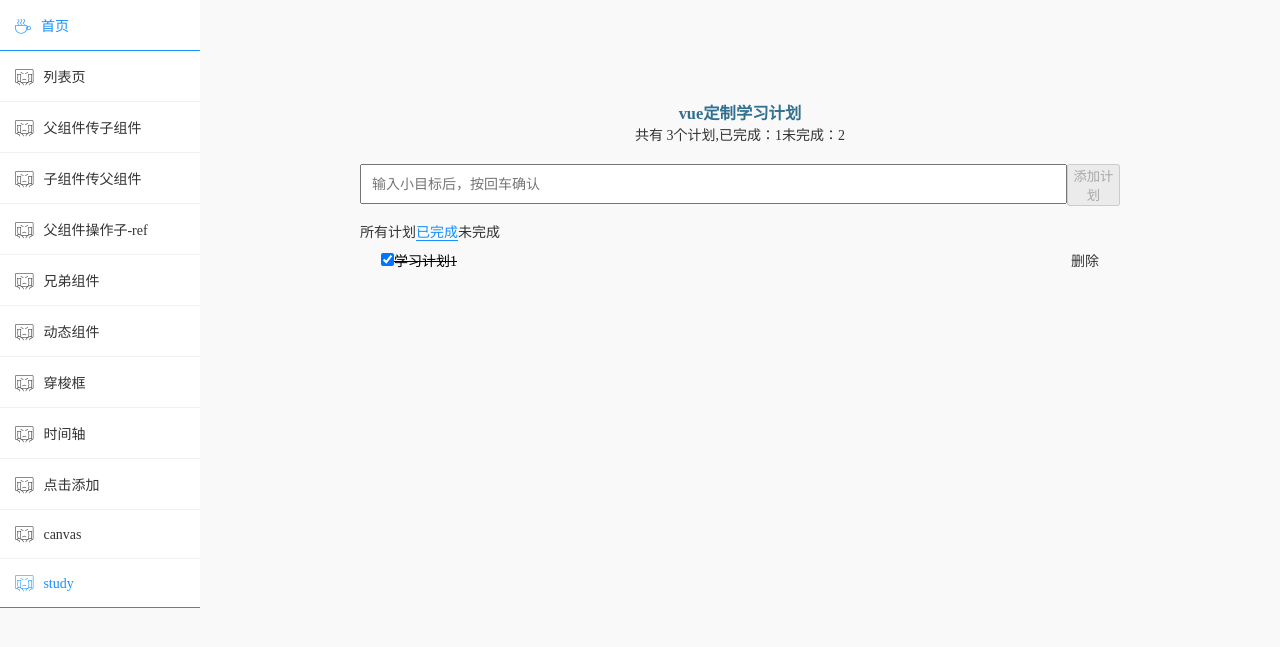
Repository: Serendipity-Zhang/vue-cli4
Page: /study
These files come from the project's save history. The page is drawn as it stood at one moment and after the next save; the edit follows.
The browser window is 1280 px wide. The pictures show the whole page.
The project was rebuilt for these pictures with package versions that can differ from the ones it lists, and the page was loaded fresh each time. Also part of the build but not shown: vue.config.js, src/views/Nav.vue, src/router/routes.js, src/layout/components/Nav.vue.

Above is the page before, as saved 2020-05-24 15:01:38.

After the next save:
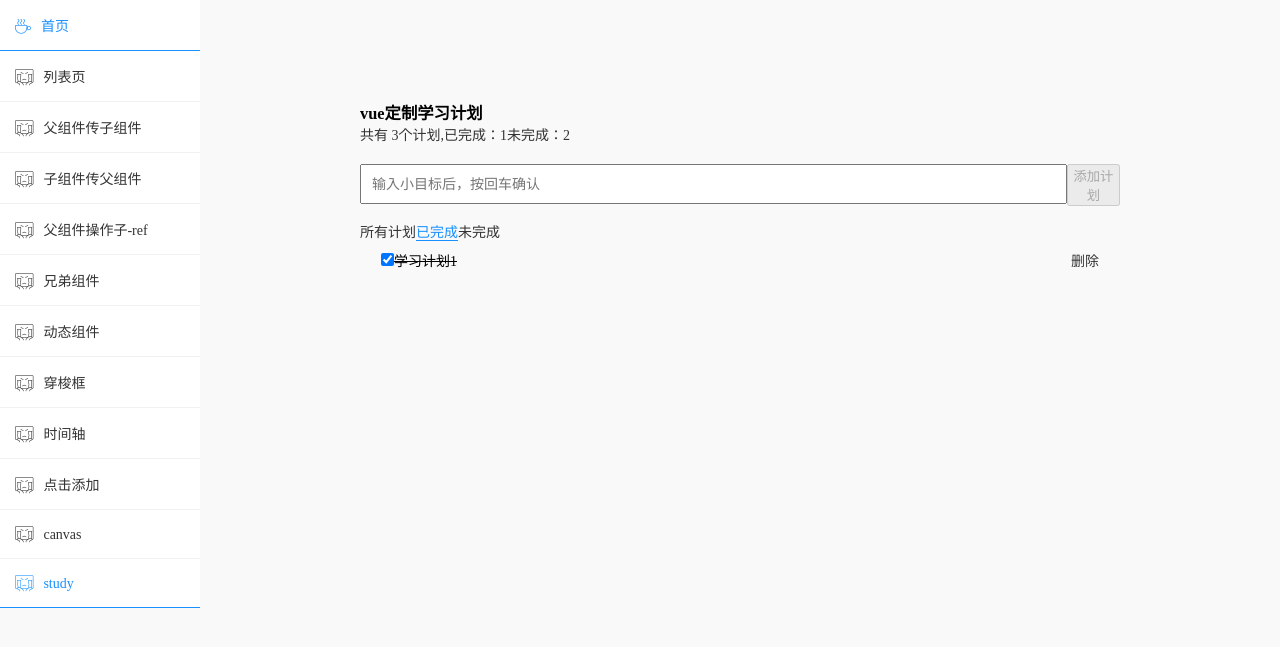
Saved 26 s later.
--- a/src/views/study/index.vue
+++ b/src/views/study/index.vue
@@ -3,7 +3,7 @@
   <div class="main">
     <div class="panel panel-info" style="margin:20px;">
       <!-- 头部 text-->
-      <div class="panel-heading">
+      <div class="panel-headingsdd">
         <h1>vue定制学习计划</h1>
         <div>
           <a
